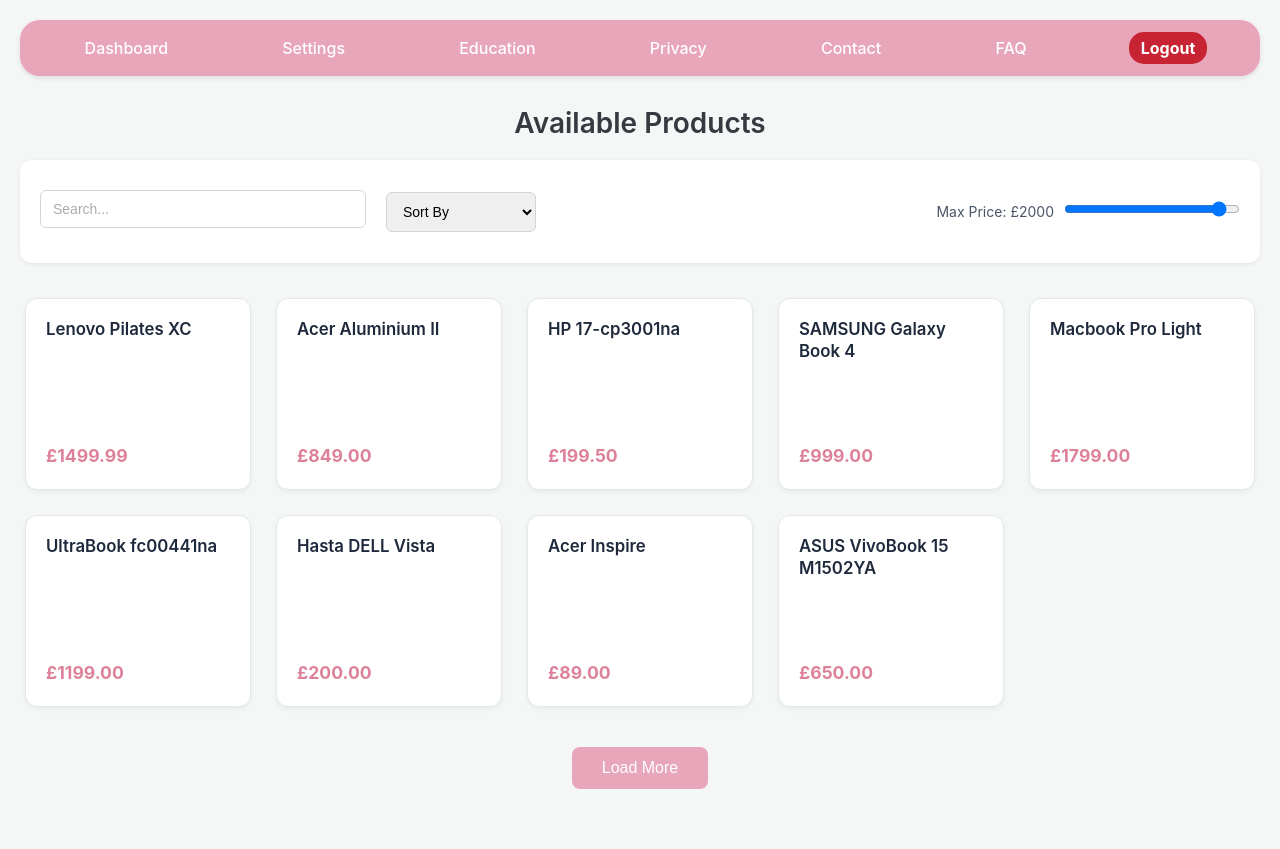
Repository: aab232/https---github.com-aab232-Deferred-Payment-Platform
Page: /main (app in frontend/)
The author's editor kept a copy of each file at every save. The page is drawn from the files as they stood at one save, then again after the next save.
The browser window is 1280 px wide. The pictures show the whole page.
The project was rebuilt for these pictures with package versions that can differ from the ones it lists, and the page was loaded fresh each time. Also part of the build but not shown: frontend/src/components/Home.js, frontend/src/components/Register.js, frontend/src/components/Login.js, frontend/src/components/BackButton.css, frontend/src/components/BackButton.js, frontend/src/components/Settings.js, frontend/src/components/Privacy.js, frontend/src/components/ContactUs.js and 9 more.

Above is the page before, as saved 2025-04-28 06:19:44.

After the next save:
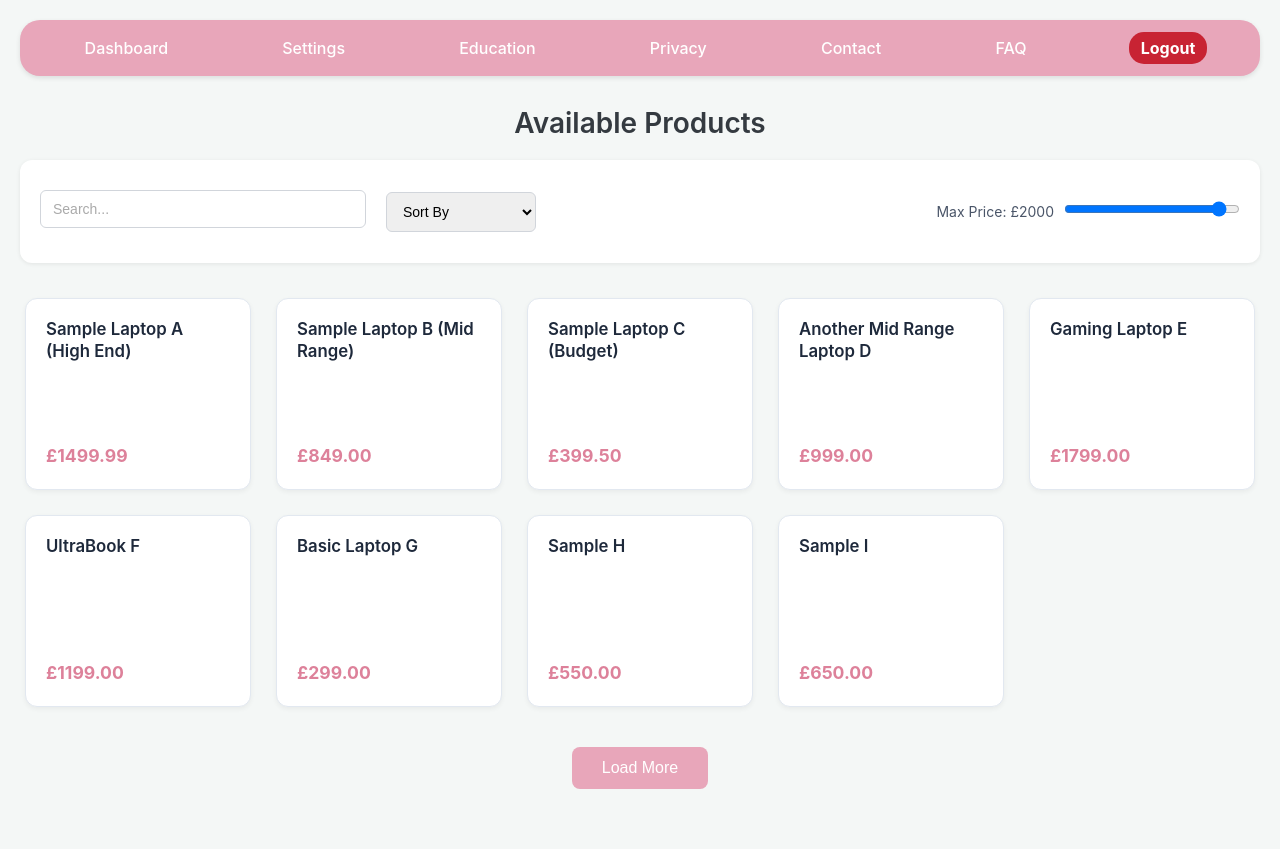
Saved 6 min 7 s later.
--- a/frontend/src/components/Main.js
+++ b/frontend/src/components/Main.js
@@ -5,17 +5,17 @@ import 'react-datepicker/dist/react-datepicker.css';
 
 const mockProducts = [
     // --- Add unique IDs if your actual data has them ---
-    { id: "prodA", title: "Lenovo Pilates XC", price: "£1499.99", link: "#product-a", numericPrice: 1499.99 },
-    { id: "prodB", title: "Acer Aluminium II", price: "£849.00", link: "#product-b", numericPrice: 849.00 },
-    { id: "prodC", title: "HP 17-cp3001na", price: "£199.50", link: "#product-c", numericPrice: 199.50 },
-    { id: "prodD", title: "SAMSUNG Galaxy Book 4", price: "£999.00", link: "#product-d", numericPrice: 999.00 },
-    { id: "prodE", title: "Macbook Pro Light", price: "£1799.00", link: "#product-e", numericPrice: 1799.00 },
-    { id: "prodF", title: "UltraBook fc00441na", price: "£1199.00", link: "#product-f", numericPrice: 1199.00 },
-    { id: "prodG", title: "Hasta DELL Vista", price: "£200.00", link: "#product-g", numericPrice: 200.00 },
-    { id: "prodH", title: "Acer Inspire", price: "£89.00", link: "#h", numericPrice: 89.00 },
-    { id: "prodI", title: "ASUS VivoBook 15 M1502YA", price: "£650.00", link: "#i", numericPrice: 650.00 },
-    { id: "prodJ", title: "DELL INSPION 16 5640", price: "£750.00", link: "#j", numericPrice: 750.00 },
-    { id: "prodK", title: "Jumper Pro 15.6 Inch HD Laptop", price: "£1350.00", link: "#k", numericPrice: 1350.00 },
+    { id: "prodA", title: "Sample Laptop A (High End)", price: "£1499.99", link: "#product-a", numericPrice: 1499.99 },
+    { id: "prodB", title: "Sample Laptop B (Mid Range)", price: "£849.00", link: "#product-b", numericPrice: 849.00 },
+    { id: "prodC", title: "Sample Laptop C (Budget)", price: "£399.50", link: "#product-c", numericPrice: 399.50 },
+    { id: "prodD", title: "Another Mid Range Laptop D", price: "£999.00", link: "#product-d", numericPrice: 999.00 },
+    { id: "prodE", title: "Gaming Laptop E", price: "£1799.00", link: "#product-e", numericPrice: 1799.00 },
+    { id: "prodF", title: "UltraBook F", price: "£1199.00", link: "#product-f", numericPrice: 1199.00 },
+    { id: "prodG", title: "Basic Laptop G", price: "£299.00", link: "#product-g", numericPrice: 299.00 },
+    { id: "prodH", title: "Sample H", price: "£550.00", link: "#h", numericPrice: 550.00 },
+    { id: "prodI", title: "Sample I", price: "£650.00", link: "#i", numericPrice: 650.00 },
+    { id: "prodJ", title: "Sample J", price: "£750.00", link: "#j", numericPrice: 750.00 },
+    { id: "prodK", title: "Sample K", price: "£1350.00", link: "#k", numericPrice: 1350.00 },
 ];
 // --- ------------------------------------ ---
 
@@ -71,7 +71,6 @@ const Main = () => {
     const [assessmentLoading, setAssessmentLoading] = useState(false);
     const [assessmentResult, setAssessmentResult] = useState(null);
     const [selectedTerm, setSelectedTerm] = useState(null);
-    const [selectedPayday, setSelectedPayday] = useState(null);
     const [orderLoading, setOrderLoading] = useState(false);
 
     const navigate = useNavigate();
@@ -94,7 +93,7 @@ const Main = () => {
 
     // --- Event Handlers ---
     const handleShowMore = () => { /* ... */ };
-    const openModal = (product) => {setSelectedProduct(product); setAssessmentLoading(false); setAssessmentResult(null); setSelectedTerm(null); setSelectedPayday(null); setOrderLoading(false); }; // Reset payday too
+    const openModal = (product) => {setSelectedProduct(product); setAssessmentLoading(false); setAssessmentResult(null); setSelectedTerm(null); setOrderLoading(false); };
     const closeModal = () => setSelectedProduct(null);
 
     // Handle BNPL Assessment Button Click
@@ -135,20 +134,13 @@ const Main = () => {
 
     // Handle Confirm BNPL Order Button Click
     const handleProceedWithBnpl = async () => {
-        // Validation now checks selectedPayday
-        if (!assessmentResult?.success || !selectedTerm || !selectedPayday || !selectedProduct || orderLoading) {
-             let alertMsg = "Cannot proceed: "; if (!selectedTerm) alertMsg += "Select term. "; if (!selectedPayday) alertMsg += "Select payday. ";
-             console.error("Proceed conditions not met:", { assessmentResult, selectedTerm, selectedPayday, selectedProduct, orderLoading });
+        if (!assessmentResult?.success || !selectedTerm || !selectedProduct || orderLoading) {
+             let alertMsg = "Cannot proceed: "; if (!selectedTerm) alertMsg += "Select term. ";
+             console.error("Proceed conditions not met:", { assessmentResult, selectedTerm, selectedProduct, orderLoading });
              alert(alertMsg.trim() || "Required information missing."); return;
         }
 
-        // Format selectedPayday Date object into YYYY-MM-DD string
-        let formattedPayday = null;
-        try {
-            formattedPayday = selectedPayday.toISOString().split('T')[0]; // Standard format
-        } catch (dateError) { alert("Invalid payday selected."); return; }
-
-        console.log(`Confirming order: Product=${selectedProduct.title}, Term=${selectedTerm}, Payday=${formattedPayday}, AssessID=${assessmentResult.assessmentId}`);
+        console.log(`Confirming order: Product=${selectedProduct.title}, Term=${selectedTerm}, AssessID=${assessmentResult.assessmentId}`);
         setOrderLoading(true);
 
         const response = await authenticatedFetch('/api/confirm_bnpl_order', {
@@ -156,7 +148,6 @@ const Main = () => {
             body: JSON.stringify({
                 product: { /* ... product details ... */ }, term: selectedTerm,
                 assessmentId: assessmentResult.assessmentId,
-                paydayPreference: formattedPayday // <-- SEND Formatted Date String
             }),
         });
         // Check response status before calling json()
